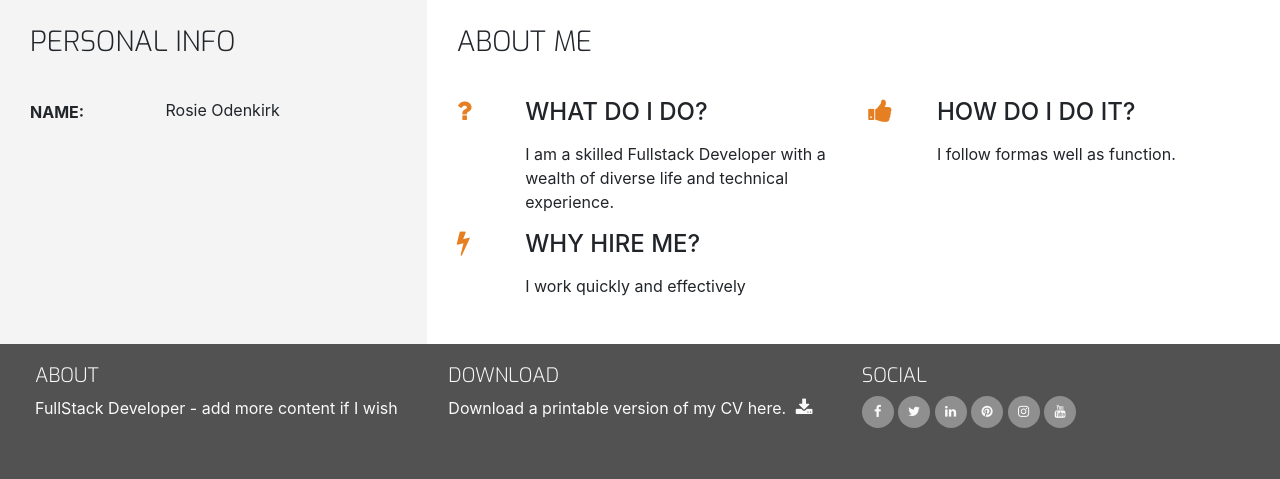
Repository: JustWhiteGit/Rosies-Resume
Page: index.html
The author's editor kept a record of every edit. The page is drawn from the files as they stood at one moment, then again after the next edit.
The browser window is 1280 px wide. The pictures show the part of the page from y = 369 to 848 px (the page is 848 px tall).

Above is the page before.

After the next edit:
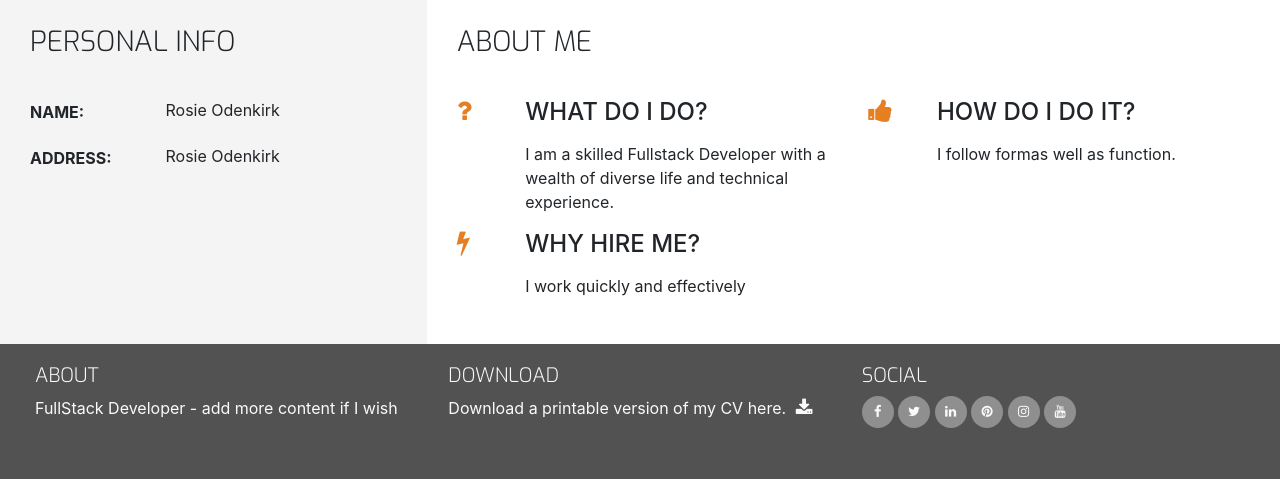
The edit:
--- a/index.html
+++ b/index.html
@@ -61,6 +61,18 @@
                     <div class="key">
                         <p class="uppercase">
                             Name:
+                        </p>
+                    </div>
+                    <div class="value">
+                        <p>
+                            Rosie Odenkirk
+                        </p>
+                    </div>
+                </div>
+                <div class="personal-info-item">
+                    <div class="key">
+                        <p class="uppercase">
+                            address:
                         </p>
                     </div>
                     <div class="value">
